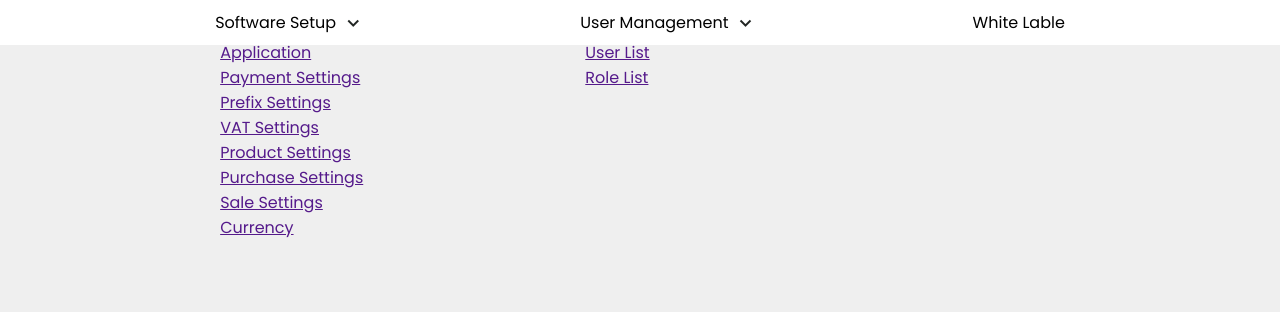
Repository: codebyaddro/pos-settings
Page: settings.html
An editor plug-in stored every save of this project. The page is shown before and after a run of saves, followed by the edit.
The browser window is 1280 px wide. The pictures show the whole page.

Above is the page before, as saved 2025-02-16 14:41:20.

After the next 9 saves:
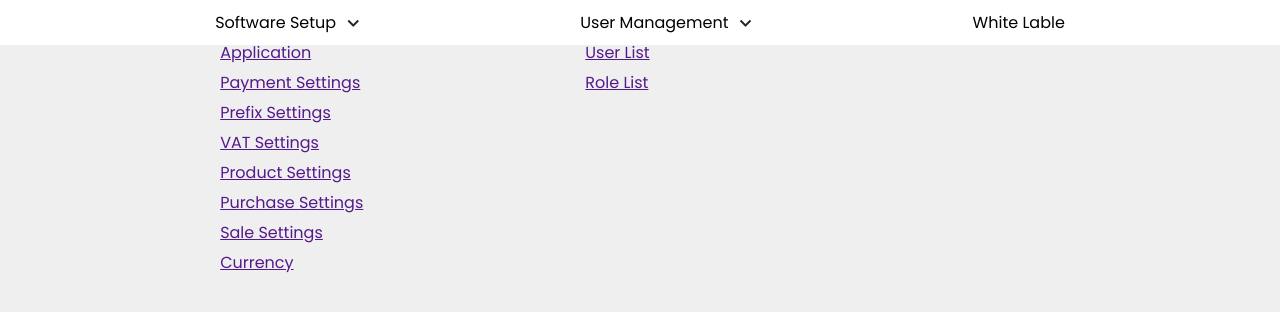
The 9 saves are shown as one change because they came seconds apart.
The last was saved 15 s later.
--- a/css/settings.css
+++ b/css/settings.css
@@ -77,6 +77,7 @@
 .cba-settings-top-menubar > ul > li > ul {
     list-style-type: none;
     display: flex;
+    gap: 5px;
     flex-direction: column;
 }
 
